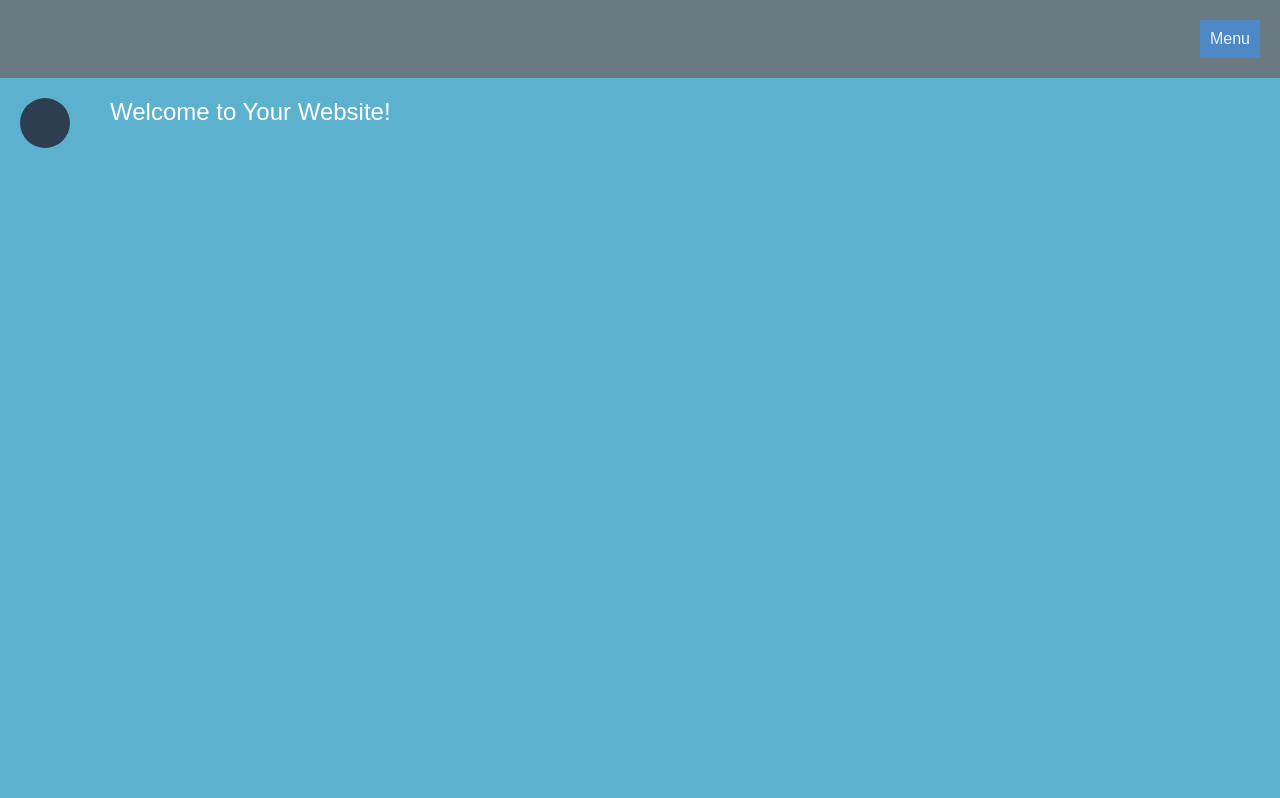
Repository: bliuzley13/Website_Portfolio
Page: Website_Portfolio/index.html
The author's editor kept a copy of each file at every save. The page is drawn from the files as they stood at one save, then again after the next save.
The browser window is 1280 px wide. The pictures show the whole page.

Above is the page before, as saved 2024-02-05 17:14:27.

### Website_Portfolio/index.html
<!DOCTYPE html>
<html lang="en">
<head>
    <meta charset="UTF-8">
    <meta name="viewport" content="width=device-width, initial-scale=1.0">
    <title>Your Website</title>
    <style>
        body {
            margin: 0;
            padding: 0;
            font-family: Arial, sans-serif;
            background-color: #5cb2ce; /* Light blue background color */
            overflow: hidden;
        }

        #header {
            background-color: #6a7a83; /* Darker blue for the header */
            padding: 20px;
            color: #ecf0f1; /* Light text color */
            display: flex;
            align-items: center;
            justify-content: flex-end; /* Align elements to the right */
        }

        #menu-btn {
            margin-left: 20px;
            padding: 10px;
            background-color: #4c89c6; /* Darker blue for the menu button */
            color: #ecf0f1;
            cursor: pointer;
        }

        #menu {
            display: none;
            position: absolute;
            top: 70px;
            right: 20px;
            background-color: #2c3e50; /* Darker blue for the subboxes */
            padding: 10px;
            border-radius: 5px;
        }

        .menu-item {
            margin-bottom: 10px;
            color: #ecf0f1;
            cursor: pointer;
        }

        #content {
            display: flex;
            height: 100vh;
            overflow: hidden;
        }

        #icon {
            width: 50px;
            height: 50px;
            background-color: #2c3e50; /* Darker blue for the icon background */
            margin: 20px;
            border-radius: 50%;
        }

        #main-container {
            flex: 1;
            padding: 20px;
            overflow-y: auto;
            color: #ffffff; /* Darker blue for the main content text color */
        }

        #welcome-animation {
            font-size: 24px;
            color: #ffffff; /* Darker blue for the welcome text color */
            animation: fadeIn 2s ease-in-out;
        }

        @keyframes fadeIn {
            0% { opacity: 0; }
            100% { opacity: 1; }
        }
    </style>
    <script>
        document.addEventListener('DOMContentLoaded', function() {
            var menuBtn = document.getElementById('menu-btn');
            var menu = document.getElementById('menu');

            menuBtn.addEventListener('click', function() {
                if (menu.style.display === 'none' || menu.style.display === '') {
                    menu.style.display = 'block';
                } else {
                    menu.style.display = 'none';
                }
            });
        });
    </script>
</head>
<body>
    <div id="header">
        <div id="menu-btn">Menu</div>
        <div id="menu">
            <div class="menu-item">Home</div>
            <div class="menu-item">About</div>
            <div class="menu-item">Projects</div>
            <div class="menu-item">Contact</div>
        </div>
    </div>

    <div id="content">
        <div id="icon"></div>
        <div id="main-container">
            <div id="welcome-animation">Welcome to Your Website!</div>
            <!-- Add your content here -->
        </div>
    </div>
</body>
</html>

After the next save:
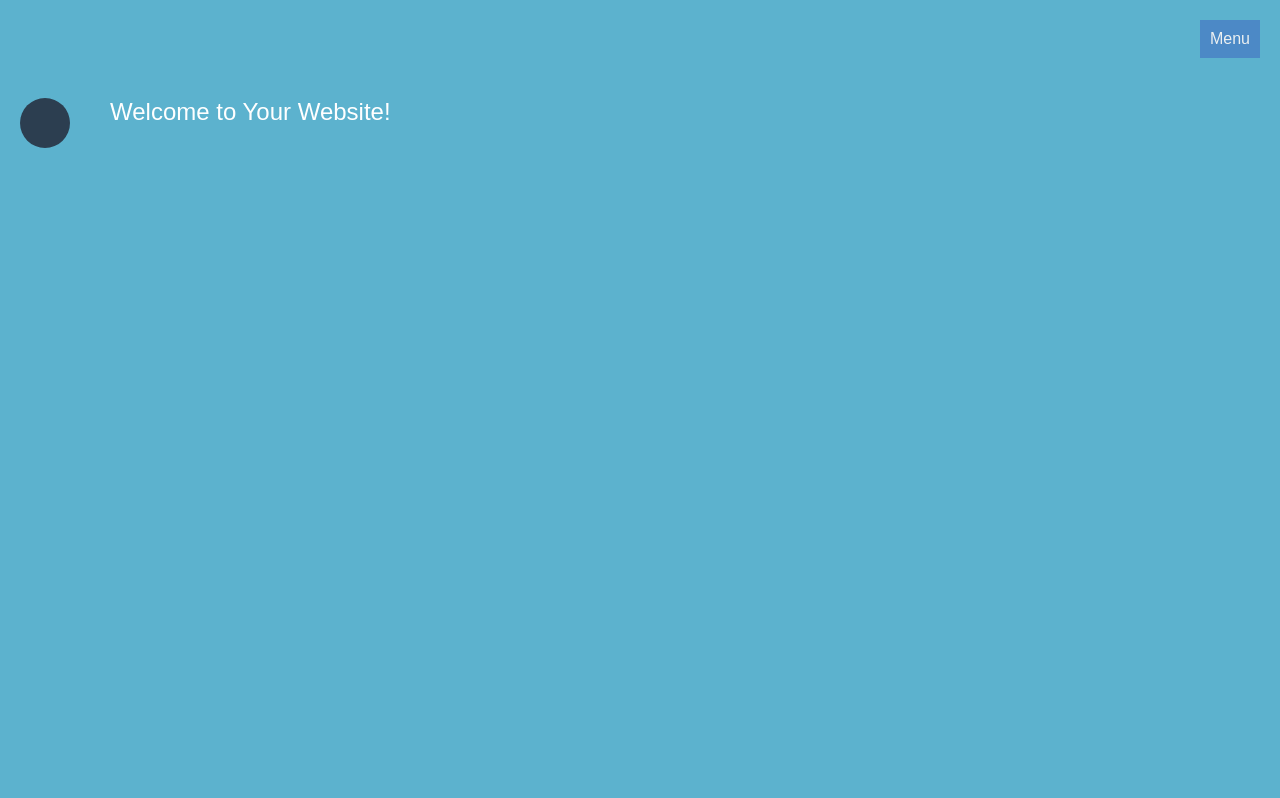
Saved 68 s later.
--- a/Website_Portfolio/index.html
+++ b/Website_Portfolio/index.html
@@ -14,7 +14,7 @@
         }
 
         #header {
-            background-color: #6a7a83; /* Darker blue for the header */
+            background-color: #5cb2ce; /* Light blue background color */
             padding: 20px;
             color: #ecf0f1; /* Light text color */
             display: flex;
